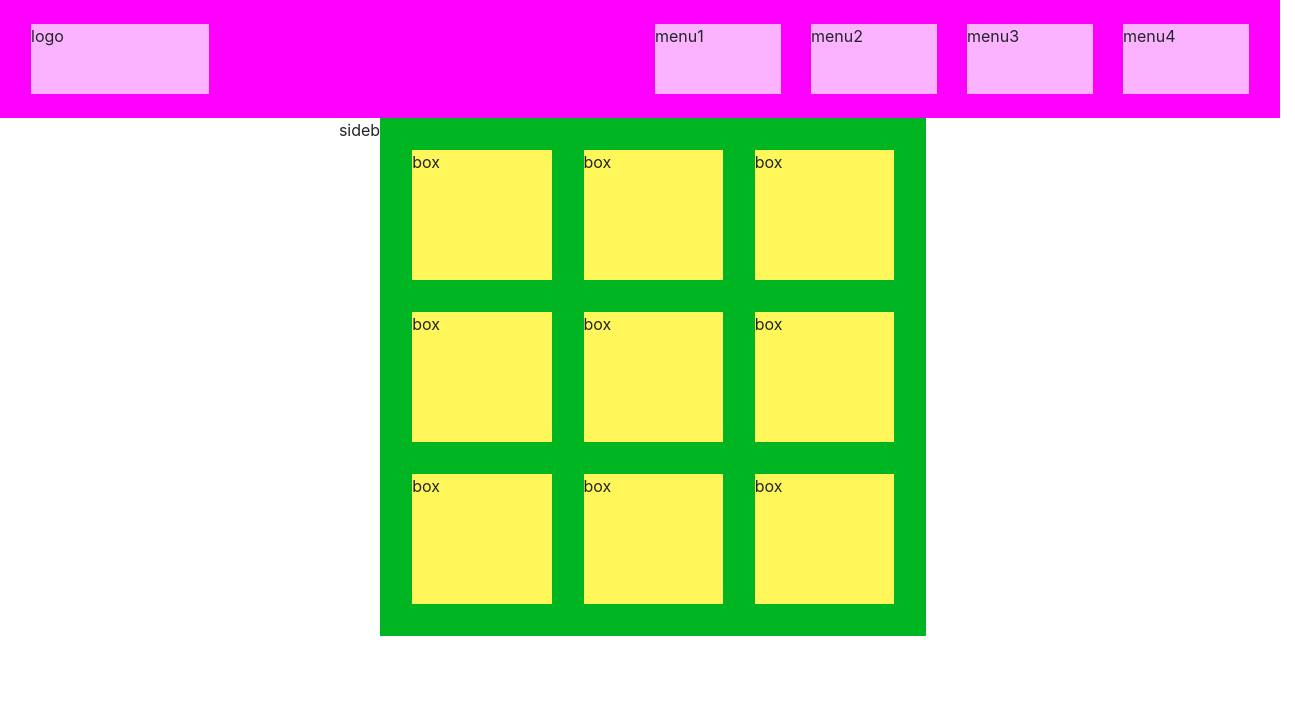
Repository: matuyama/dmm-webcamp
Page: bootstrap_practice/index.html
The author's editor kept a record of every edit. The page is drawn from the files as they stood at one moment, then again after the next edit.
The browser window is 1280 px wide. The page is 1295 px wide, so the pictures cover 1295 px, including what lies to the right of the window. The pictures show the whole page.

Above is the page before.

### bootstrap_practice/index.html
<!DOCTYPE html>
<html lang="ja">
  <head>
    <meta charset="utf8" />
    <title>23章演習</title>
    <link rel="stylesheet" href="https://cdn.jsdelivr.net/npm/bootstrap@4.6.2/dist/css/bootstrap.min.css"
    integrity="sha384-xOolHFLEh07PJGoPkLv1IbcEPTNtaed2xpHsD9ESMhqIYd0nLMwNLD69Npy4HI+N" crossorigin="anonymous">
    <link rel="stylesheet" href="style.css" />
  </head>

  <body>
    <div class="container-fluid">
      <div class="header row px-3 py-4">
        <div class="col-2">
          <div class="logo">logo</div>
        </div>
        <div class="col-6 offset-4">
          <div class="row">
            <div class="col-3">
              <div class="header-content">menu1</div>
            </div>
            <div class="col-3">
              <div class="header-content">menu2</div>
            </div>
            <div class="col-3">
              <div class="header-content">menu3</div>
            </div>
            <div class="col-3">
              <div class="header-content">menu4</div>
            </div>
          </div>
        </div>
      </div>
    </div>

    <!--justify-content-centerでflexの中央よせ-->
    <div class="main row justify-content-center">
      <div class="row row-col-2">
        sidebar
      </div>

      <div class="main-content col-5">
        <!--1行に3つのカラム-->
        <div class="row row-cols-3 p-3">
          <div class="col p-3">
            <div class="content">box</div>
          </div>
          <div class="col p-3">
            <div class="content">box</div>
          </div>
          <div class="col p-3">
            <div class="content">box</div>
          </div>
          <div class="col p-3">
            <div class="content">box</div>
          </div>
          <div class="col p-3">
            <div class="content">box</div>
          </div>
          <div class="col p-3">
            <div class="content">box</div>
          </div>
          <div class="col p-3">
            <div class="content">box</div>
          </div>
          <div class="col p-3">
            <div class="content">box</div>
          </div>
          <div class="col p-3">
            <div class="content">box</div>
          </div>
        </div>
      </div>
    </div>



  </body>

</html>

### bootstrap_practice/style.css
* {
  margin: 0;
  padding: 0;
  box-sizing: border-box;
}

.header{
  background-color: #ff00ff;
}

.logo {
  background-color: #fbb3ff;
  height: 70px;
}

.header-content{
  background-color: #fbb3ff;
  height: 70px;
}
.sidebar{
  background-color: #d8ffb6;
}

.main-content{
  background-color: #00b522;
}

.content{
  background-color: #fff75a;
  height:130px;
}

.footer{
  background-color: #52a1ff;
}

.footer-content{
  background-color: #b6e7ff;
  height: 40px;
}

After the next edit:
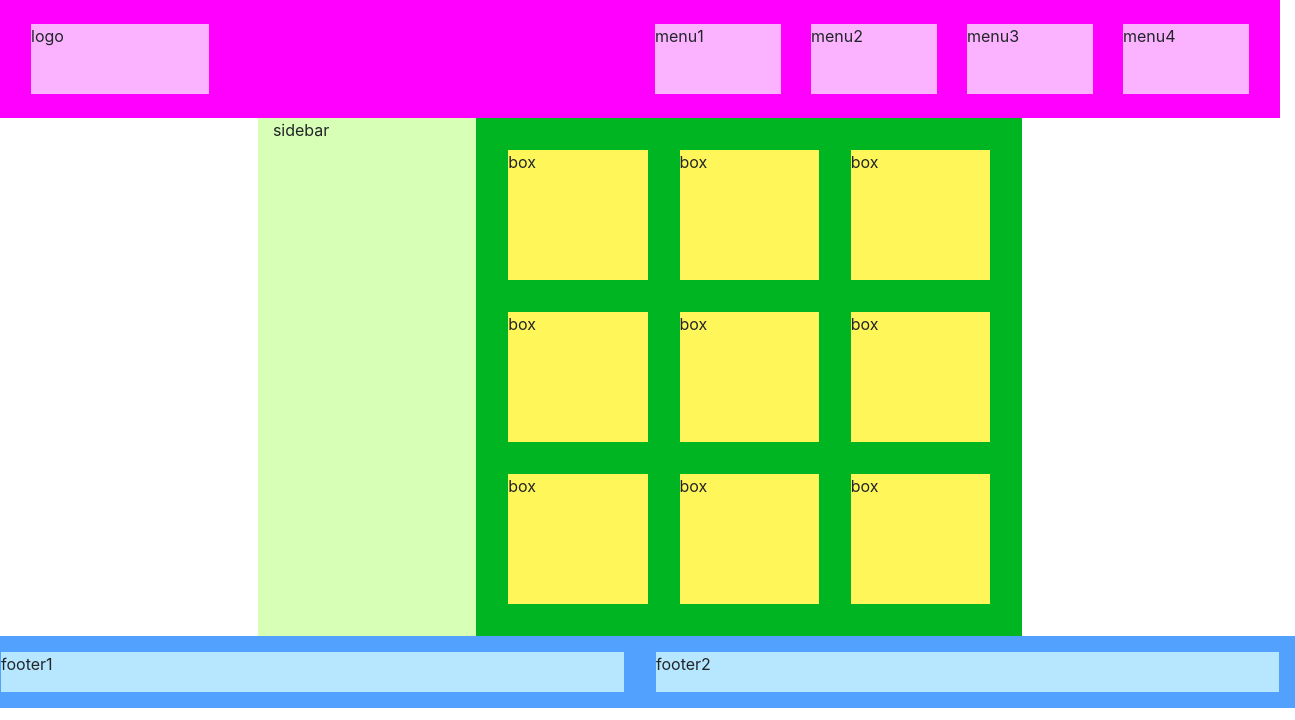
The edit:
--- a/bootstrap_practice/index.html
+++ b/bootstrap_practice/index.html
@@ -35,7 +35,7 @@
 
     <!--justify-content-centerでflexの中央よせ-->
     <div class="main row justify-content-center">
-      <div class="row row-col-2">
+      <div class="sidebar col-2">
         sidebar
       </div>
 
@@ -73,7 +73,14 @@
       </div>
     </div>
 
-
+    <div class="footer row pd-3 justify-content-center">
+      <div class="col-6 p-3">
+        <div class="footer-content">footer1</div>
+      </div>
+      <div class="col-6 p-3">
+        <div class="footer-content">footer2</div>
+      </div>
+    </div>
 
   </body>
 
